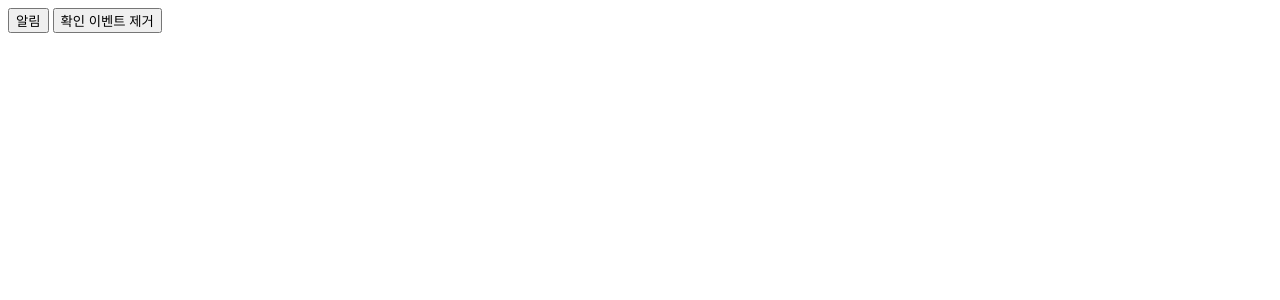
Repository: Baechangho/JavaBasic
Page: workspace_web/Front/src/main/webapp/jqEvent/jqEvent_01.html
These files come from the project's save history. The page is drawn as it stood at one moment and after the next save; the edit follows.
The browser window is 1280 px wide. The pictures show the whole page.

Above is the page before, as saved 2023-08-10 01:43:15.
Console error: TypeError: $btnOk.prepentTo is not a function

After the next save:
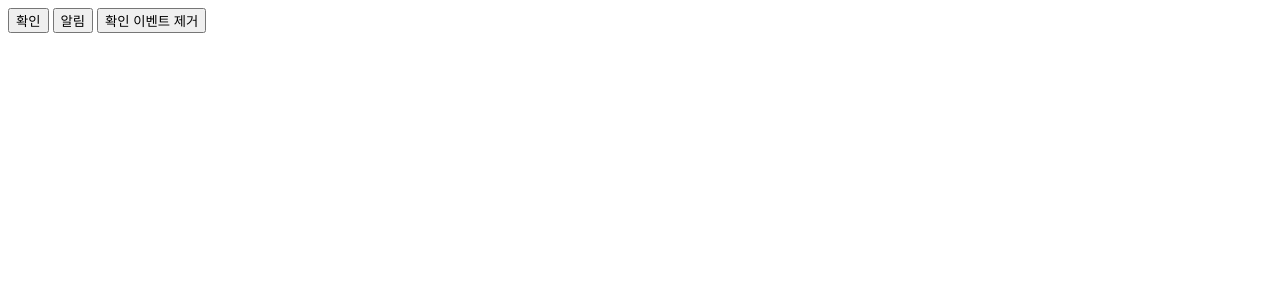
The error is gone.
Saved 42 s later.
--- a/workspace_web/Front/src/main/webapp/jqEvent/jqEvent_01.html
+++ b/workspace_web/Front/src/main/webapp/jqEvent/jqEvent_01.html
@@ -11,7 +11,7 @@ $(function() {
 				.attr("id", "btnOk")
 				.html("확인");
 
-	$btnOk.prepentTo($("div"))
+	$btnOk.prependTo($("div"))
 })
 </script>
 </head>
